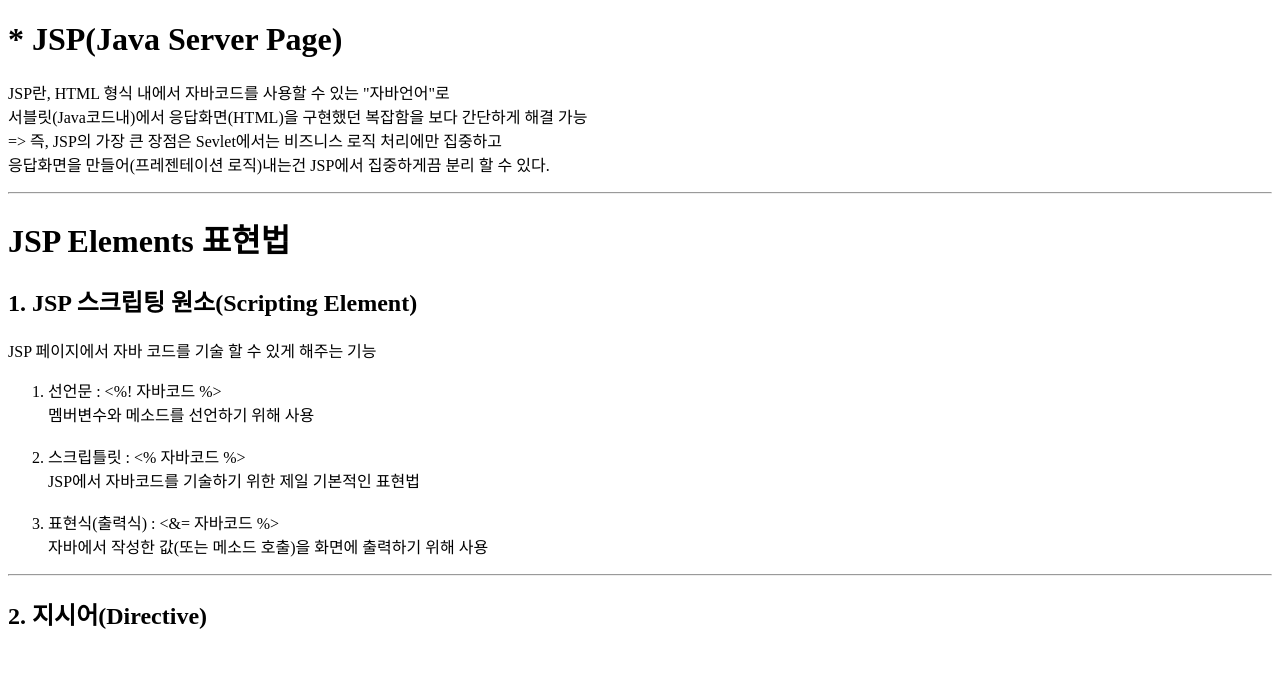
Repository: pje00427/webserver_workspace1
Page: 2_JSP/WebContent/index.html
These files come from the project's save history. The page is drawn as it stood at one moment and after the next save; the edit follows.
The browser window is 1280 px wide. The pictures show the whole page.

Above is the page before, as saved 2020-08-31 01:19:40.

After the next save:
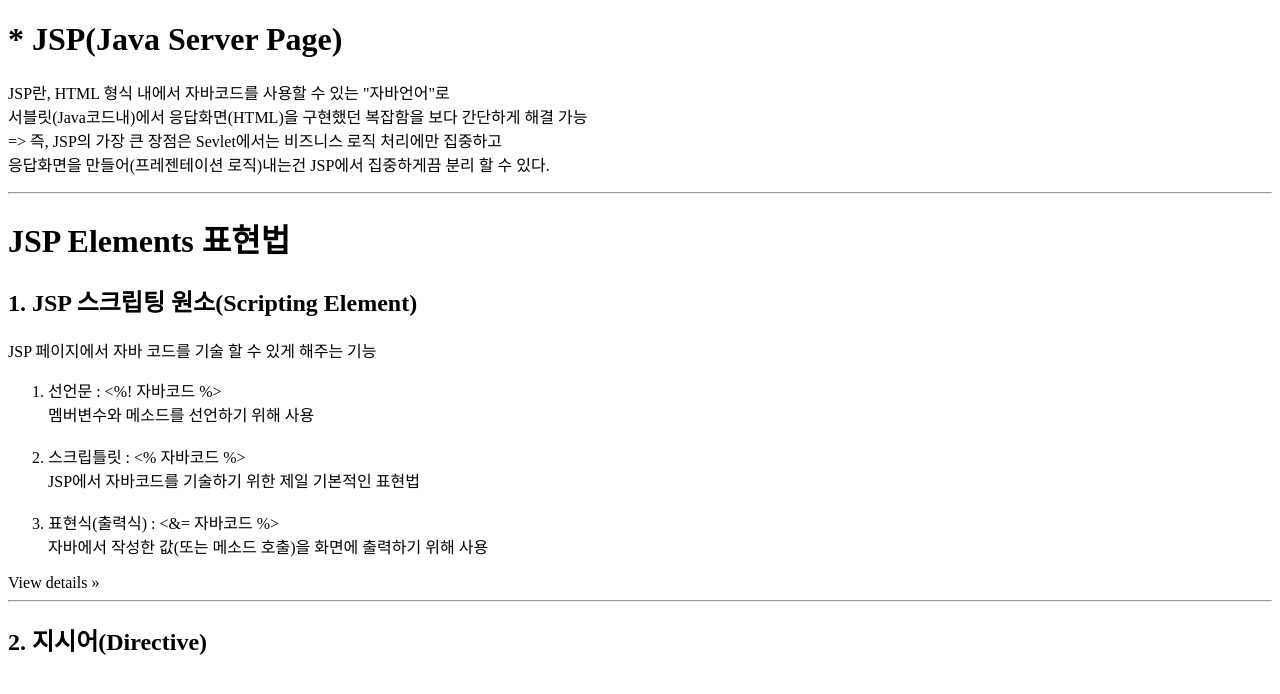
Saved 71 s later.
--- a/2_JSP/WebContent/index.html
+++ b/2_JSP/WebContent/index.html
@@ -37,7 +37,7 @@
 
 	</ol>
 
-
+	<a>View details &raquo;</a>
 	<hr>
 
 	<h2>2. 지시어(Directive)</h2>
